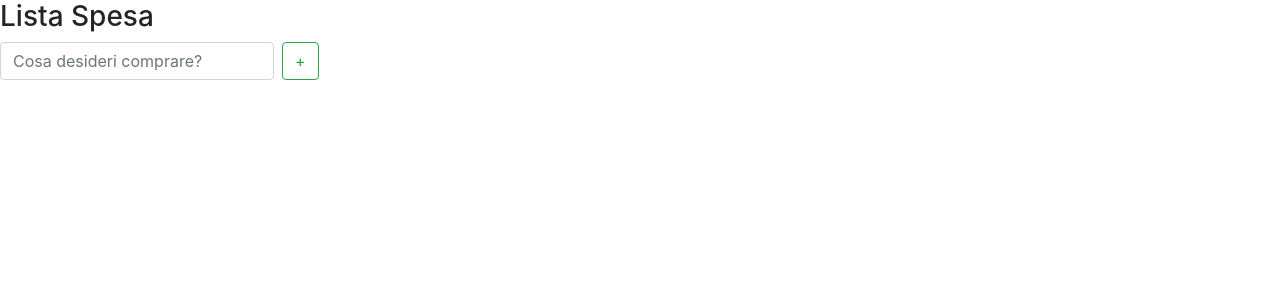
Repository: andreadipilato/TodoList
Page: /
An editor plug-in stored every save of this project. The page is shown before and after the next save, followed by the edit.
The browser window is 1280 px wide. The pictures show the whole page.
The project was rebuilt for these pictures with package versions that can differ from the ones it lists, and the page was loaded fresh each time. Also part of the build but not shown: src/App.css.

Above is the page before, as saved 2020-12-04 15:56:51.

After the next save:
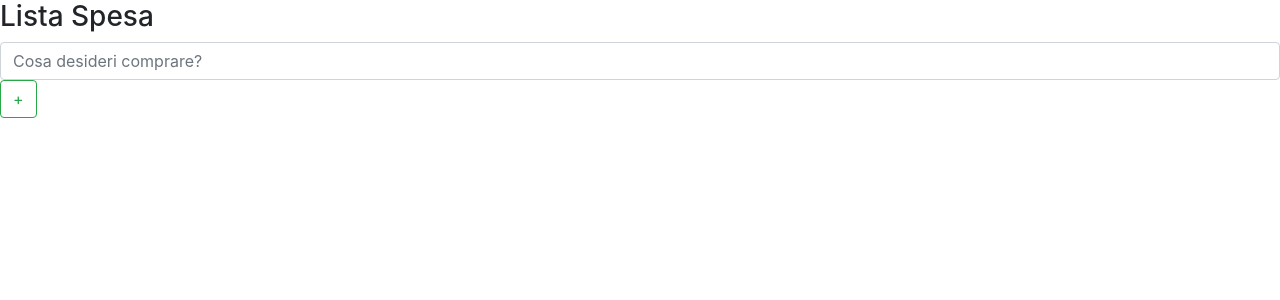
Saved 31 s later.
--- a/src/Cerca.js
+++ b/src/Cerca.js
@@ -9,7 +9,7 @@
         return (
                 <form className = "form-inline" onSubmit = {this.addElement}>
                     <input
-                        className = "form-control col-sm-24 mr-sm-2"
+                        className = "form-control col-sm-12 mr-sm-2"
                         type = "text"
                         placeholder = "Cosa desideri comprare?"
                         aria-label = "Search"

After the save that followed:
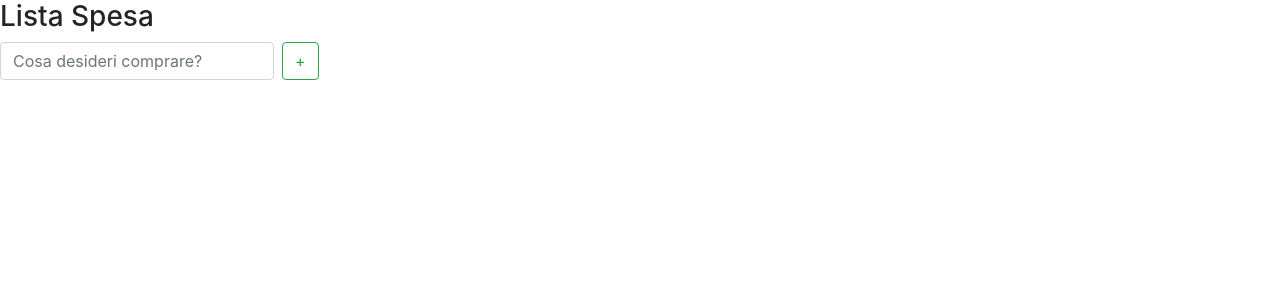
Saved 21 s later.
--- a/src/Cerca.js
+++ b/src/Cerca.js
@@ -9,7 +9,7 @@
         return (
                 <form className = "form-inline" onSubmit = {this.addElement}>
                     <input
-                        className = "form-control col-sm-12 mr-sm-2"
+                        className = "form-control mr-sm-2"
                         type = "text"
                         placeholder = "Cosa desideri comprare?"
                         aria-label = "Search"
